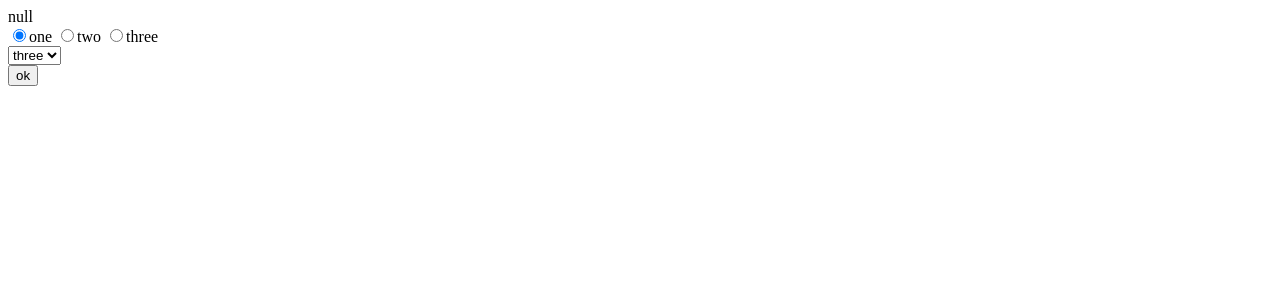
Repository: 5anniversary/JSPhw
Page: http://localhost/lecture1/test/mid3.jsp
These files come from the project's save history. The page is drawn as it stood at one moment and after the next save; the edit follows.
The browser window is 1280 px wide. The pictures show the whole page.
The page is served by Tomcat 9.

Above is the page before, as saved 2020-05-04 04:12:28.

After the next save:
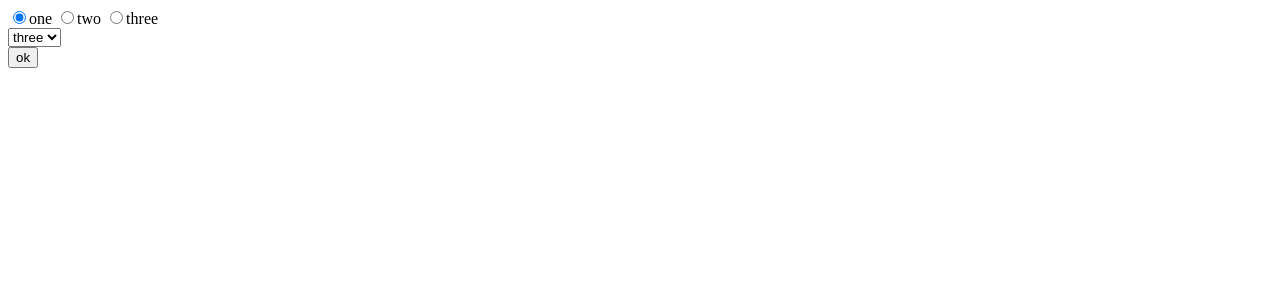
Saved 74 s later.
--- a/lecture1/WebContent/test/mid3.jsp
+++ b/lecture1/WebContent/test/mid3.jsp
@@ -11,7 +11,6 @@
 		String str = "";
 		int checked = 0;
 		str = request.getParameter("number");
-		out.print(str);
 
 		if (str != null)
 			value = str;
